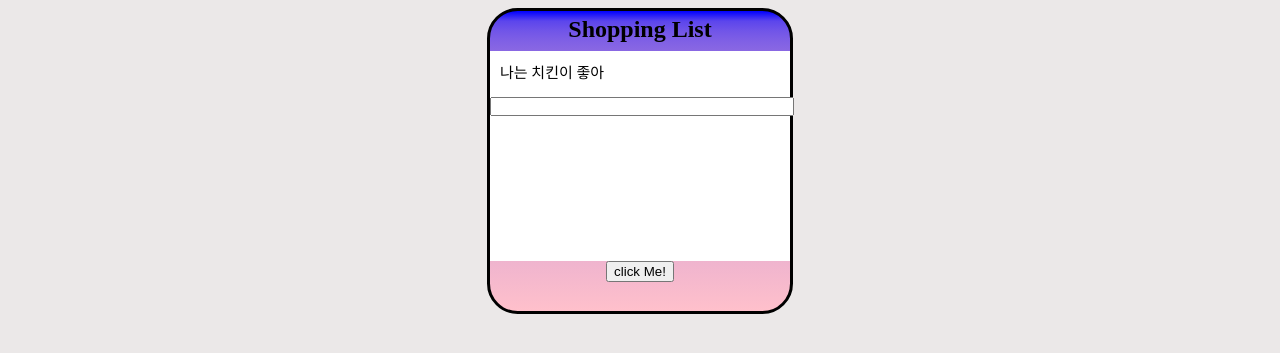
Repository: DevMinwoo-Jung/JavaScript101
Page: WebApIs/shoppingApp/index.html
The author's editor kept a copy of each file at every save. The page is drawn from the files as they stood at one save, then again after the next save.
The browser window is 1280 px wide. The pictures show the whole page.

Above is the page before, as saved 2021-06-14 10:18:17.

After the next save:
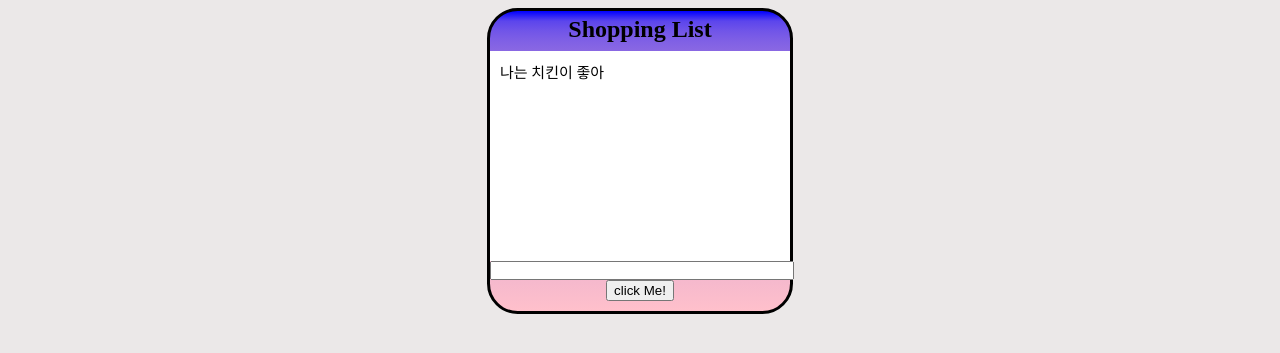
Saved 22 s later.
--- a/WebApIs/shoppingApp/index.html
+++ b/WebApIs/shoppingApp/index.html
@@ -14,6 +14,8 @@
     </div>
     <div class="item__list">
       <p>나는 치킨이 좋아</p>
+    </div>
+    <div class="input__box">
       <input type="text">
     </div>
     <div class="button__div">
